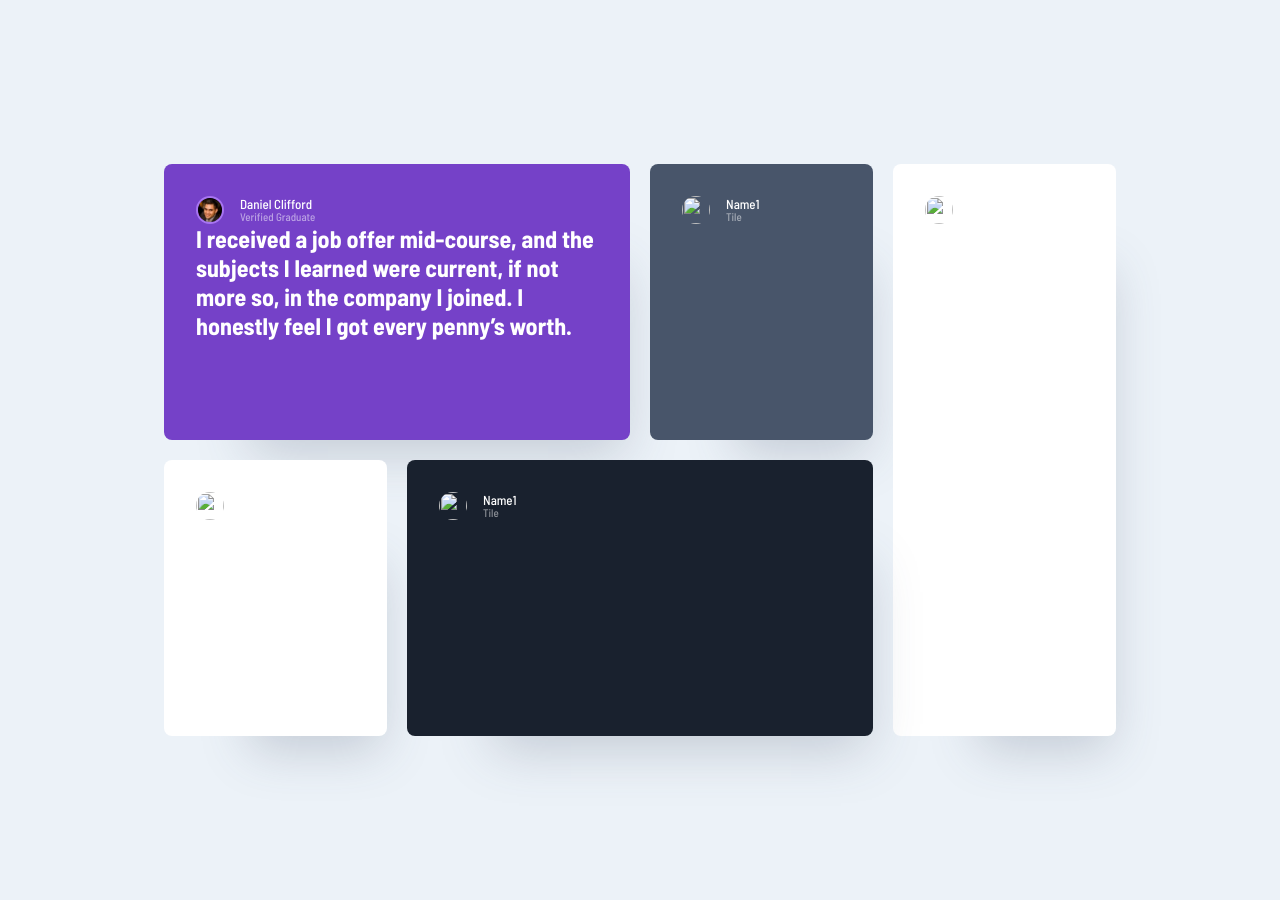
Repository: brandontaylor1/testimonial-card
Page: index.html
The author's editor kept a copy of each file at every save. The page is drawn from the files as they stood at one save, then again after the next save.
The browser window is 1280 px wide. The pictures show the whole page.

Above is the page before, as saved 2025-01-10 23:50:29.

### index.html
<!DOCTYPE html>
<html lang="en">
<head>
    <meta charset="UTF-8">
    <meta name="viewport" content="width=device-width, initial-scale=1.0">
    <link rel="preconnect" href="https://fonts.googleapis.com">
    <link rel="preconnect" href="https://fonts.gstatic.com" crossorigin>
    <link href="https://fonts.googleapis.com/css2?family=Barlow+Semi+Condensed:ital,wght@0,100;0,200;0,300;0,400;0,500;0,600;0,700;0,800;0,900;1,100;1,200;1,300;1,400;1,500;1,600;1,700;1,800;1,900&display=swap" rel="stylesheet">
    <link rel="stylesheet" href="styles.css">
    <title>Testimonial Grid </title>
</head>
<body>
    <section class="container">
        <main class="testimonial-grid">
            <div class="card" id="card-1">
                <div class="profile-content">
                    <img src="./assets/images/image-daniel.jpg" alt="profile image" class="profile-img purple">
                    <div class="profile-text">
                        <h3>Daniel Clifford</h3>
                        <p>Verified Graduate</p>
                    </div>
                </div>
                <h1 class="card-heading">I received a job offer mid-course, and the subjects I learned were current, if not more so, in the company I joined. I honestly feel I got every penny’s worth.</h1>
                <h2 class="card-subheading"></h2>
            </div>
            <div class="card" id="card-2">
                <div class="profile-content">
                    <img src="" alt="" class="profile-img">
                    <div class="profile-text">
                        <h3>Name1</h3>
                        <p>Tile</p>
                    </div>
                </div>
                <h1 class="card-heading"></h1>
                <h2 class="card-subheading"></h2>
            </div>
            <div class="card" id="card-3">
                <div class="profile-content">
                    <img src="" alt="" class="profile-img">
                    <div class="profile-text">
                        <h3>Name1</h3>
                        <p>Tile</p>
                    </div>
                </div>
                <h1 class="card-heading"></h1>
                <h2 class="card-subheading"></h2>
            </div>
            <div class="card" id="card-4">
                <div class="profile-content">
                    <img src="" alt="" class="profile-img">
                    <div class="profile-text">
                        <h3>Name1</h3>
                        <p>Tile</p>
                    </div>
                </div>
                <h1 class="card-heading"></h1>
                <h2 class="card-subheading"></h2>
            </div>
            <div class="card" id="card-5">
                <div class="profile-content">
                    <img src="" alt="" class="profile-img">
                    <div class="profile-text">
                        <h3>Name1</h3>
                        <p>Tile</p>
                    </div>
                </div>
                <h1 class="card-heading"></h1>
                <h2 class="card-subheading"></h2>
            </div>



        </main>
    </section>
</body>
</html>

### styles.css
* {
    margin: 0;
    padding: 0;
    box-sizing: border-box;
}

:root {

    --primary-moderate-violet: hsl(263, 55%, 52%);
    --primary-very-dark-grayish-blue: hsl(217, 19%, 35%);
    --primary-very-dark-blackish-blue: hsl(219, 29%, 14%);
    --primary-white: hsl(0, 0%, 100%);

    --secondary-neurtal-light-gray: hsl(0, 0%, 81%);
    --seconday-light-grayish-blue: hsl(210, 46%, 95%);
}

body {
    background-color: #ECF2F8;
    padding: 164px;
    font-family: "Barlow Semi Condensed", sans-serif;
}

.testimonial-grid {
    display: grid;
    grid-template-columns: repeat(4, 1fr);
    grid-template-rows: repeat(2, 1fr);
    gap: 20px;
    height: 572px;
}

.card {
    height: 100%;
    padding: 2rem;
    border-radius: 8px;
    box-shadow: 40px 60px 50px -47px rgba(72, 85, 106, 0.25);
}

.profile-content {
    display: flex;
    align-items: center;
    gap: 1rem;
}

.profile-text h3 {
    color: #FFF;
    font-size: 13px;
    font-style: normal;
    font-weight: 500;
    line-height: 13px; /* 100% */
}

.profile-text p {
    color: #FFF;
    font-size: 11px;
    font-style: normal;
    font-weight: 500;
    line-height: 11px; /* 100% */
    opacity: 0.5;
}

.profile-img {
    width: 28px;
    height: 28px;
    border-radius: 50%;
}


.purple {
    border: 2px solid #A775F1;
}


#card-1 {
    grid-column: 1 / span 2;
    border-radius: 8px;
    background-color: var(--primary-moderate-violet);
    color: var(--primary-white);
}

#card-2 {
    grid-column: 3 / span 1;
    background-color: var(--primary-very-dark-grayish-blue);
    color: var(--primary-white);

}

#card-3 {
    grid-column: 4 / span 1;
    grid-row: 1 / span 2;
    background-color: var(--primary-white);
}

#card-4 {
    grid-column: 1 / span 1;
    grid-row: 2 / span 1;
    background-color: var(--primary-white);
}

#card-5 {
    grid-column: 2 / span 2;
    grid-row: 2 / span 1;
    background-color: var(--primary-very-dark-blackish-blue);
    color: var(--primary-white);

}

After the next save:
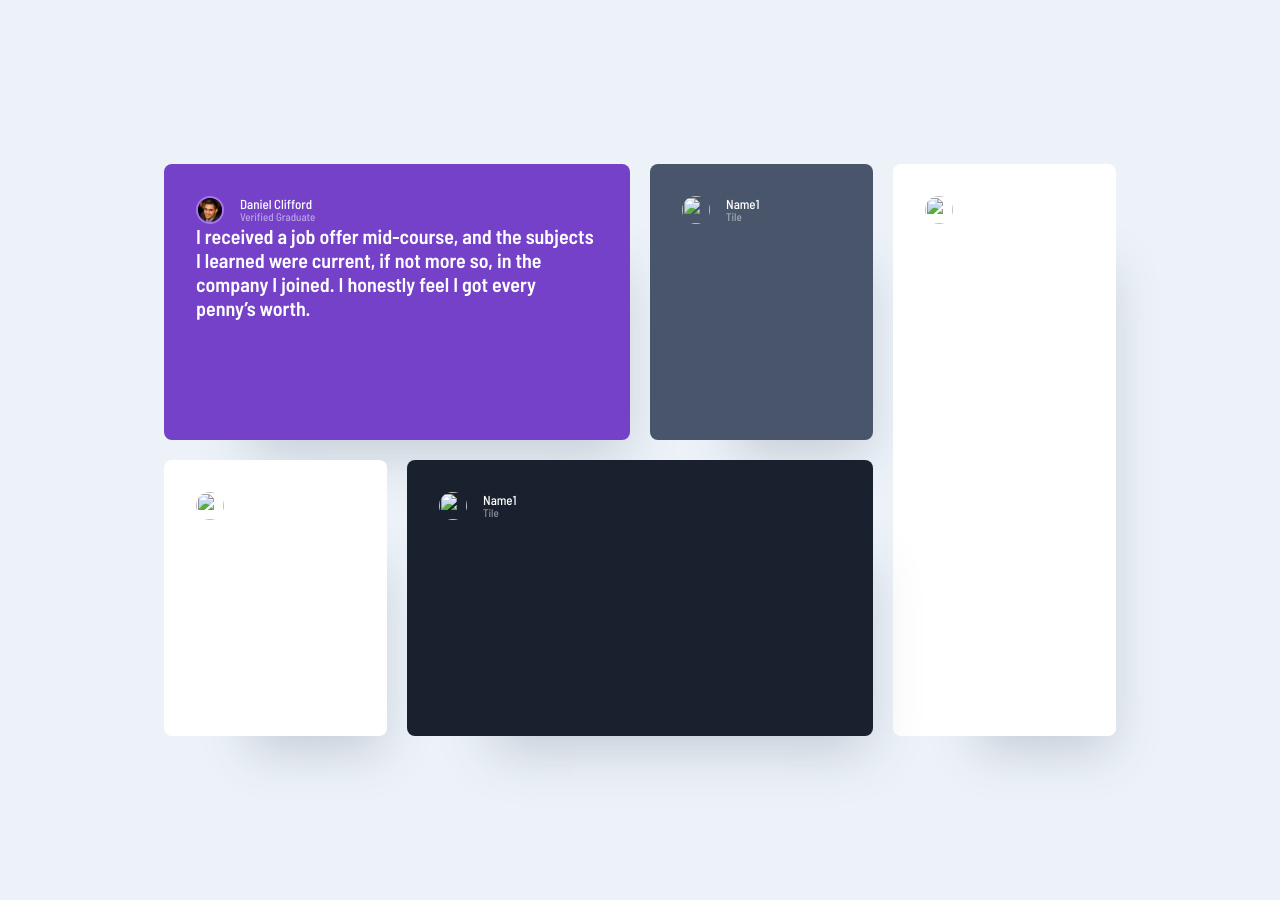
Saved 69 s later.
--- a/styles.css
+++ b/styles.css
@@ -65,6 +65,13 @@ body {
     border-radius: 50%;
 }
 
+.card-heading {
+    color: #FFF;
+    font-size: 20px;
+    font-style: normal;
+    font-weight: 600;
+    line-height: normal;
+}
 
 .purple {
     border: 2px solid #A775F1;
